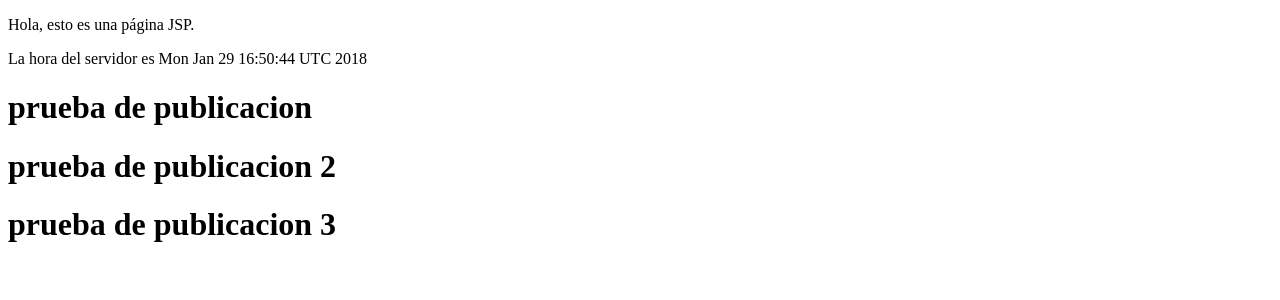
Repository: jojurado/pruebaswas
Page: http://localhost/demoWAS85/
An editor plug-in stored every save of this project. The page is shown before and after the next save, followed by the edit.
The browser window is 1280 px wide. The pictures show the whole page.
The page is served by Tomcat 9. Other server files are loaded and not shown.

Above is the page before, as saved 2018-01-29 20:47:38.

### demoWAS85/WebContent/index.jsp
<%@page import="java.util.Date"%>
<%@ page language="java" contentType="text/html; charset=ISO-8859-1" pageEncoding="ISO-8859-1"%>

<!DOCTYPE html PUBLIC "-//W3C//DTD HTML 4.01 Transitional//EN" "http://www.w3.org/TR/html4/loose.dtd">
<html>
<head>
<meta http-equiv="Content-Type" content="text/html; charset=ISO-8859-1">
<title>Insert title here</title>
</head>
<body>
	<p>Hola, esto es una página JSP.</p>
	<p>
		La hora del servidor es 		<%=new Date()%></p>
	<h1>prueba de publicacion</h1>
	<h1>prueba de publicacion 2</h1>
	<h1>prueba de publicacion 3</h1>
</body>
</html>

After the next save:
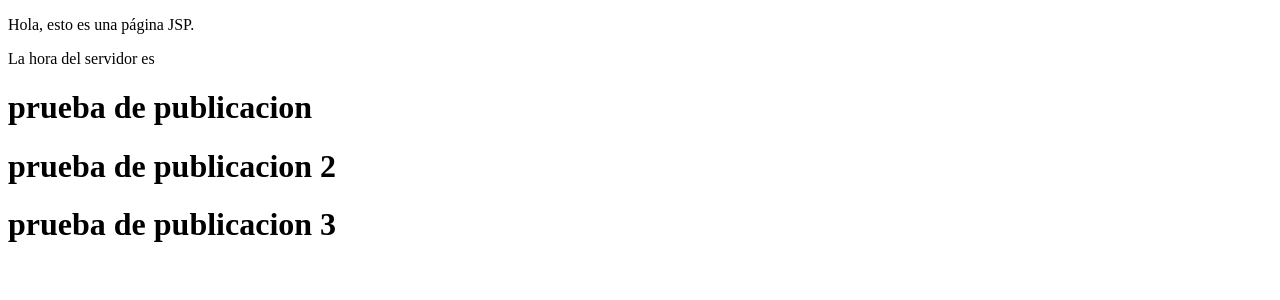
Saved 16 h 52 min later.
--- a/demoWAS85/WebContent/index.jsp
+++ b/demoWAS85/WebContent/index.jsp
@@ -10,7 +10,7 @@
 <body>
 	<p>Hola, esto es una página JSP.</p>
 	<p>
-		La hora del servidor es 		<%=new Date()%></p>
+		La hora del servidor es 		<%--=new Date()--%></p>
 	<h1>prueba de publicacion</h1>
 	<h1>prueba de publicacion 2</h1>
 	<h1>prueba de publicacion 3</h1>
